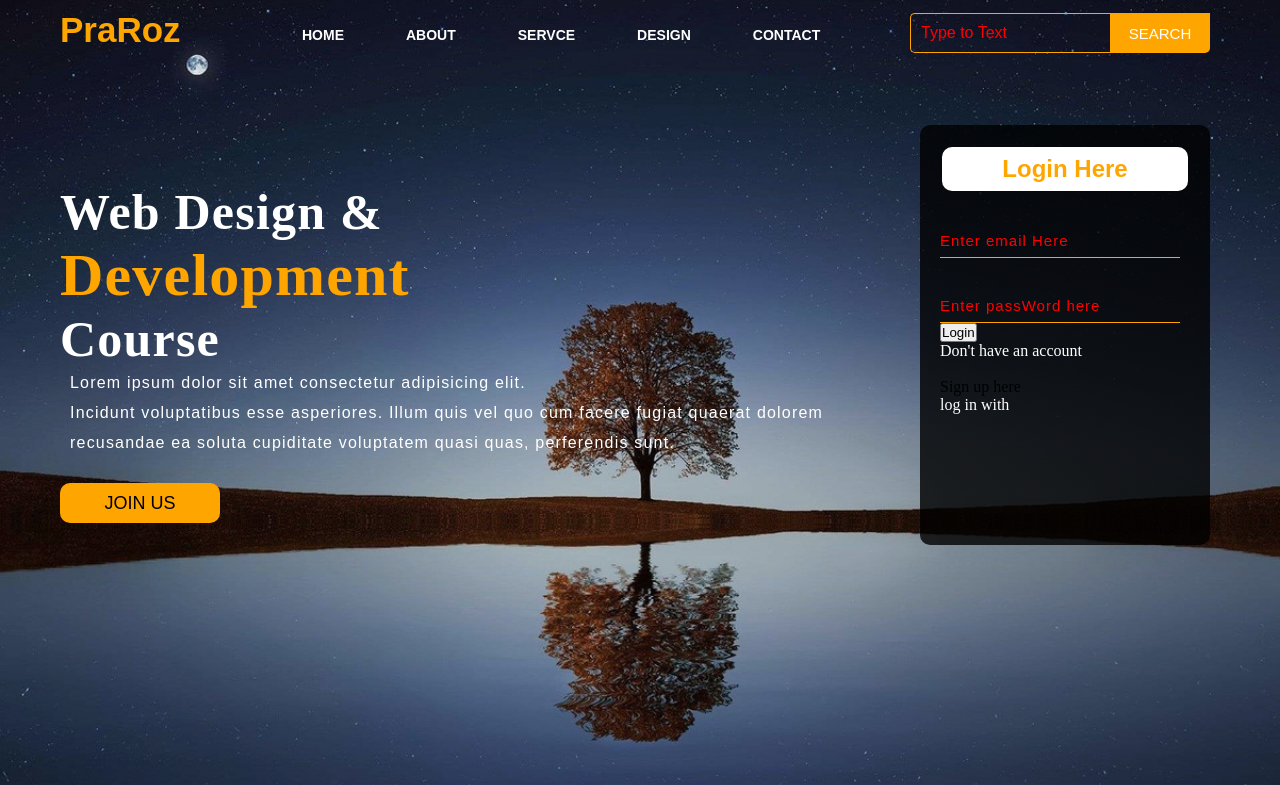
Repository: HuynhDuc23/project3
Page: index.html
These files come from the project's save history. The page is drawn as it stood at one moment and after the next save; the edit follows.
The browser window is 1280 px wide. The pictures show the whole page.

Above is the page before, as saved 2023-05-04 15:53:51.

After the next save:
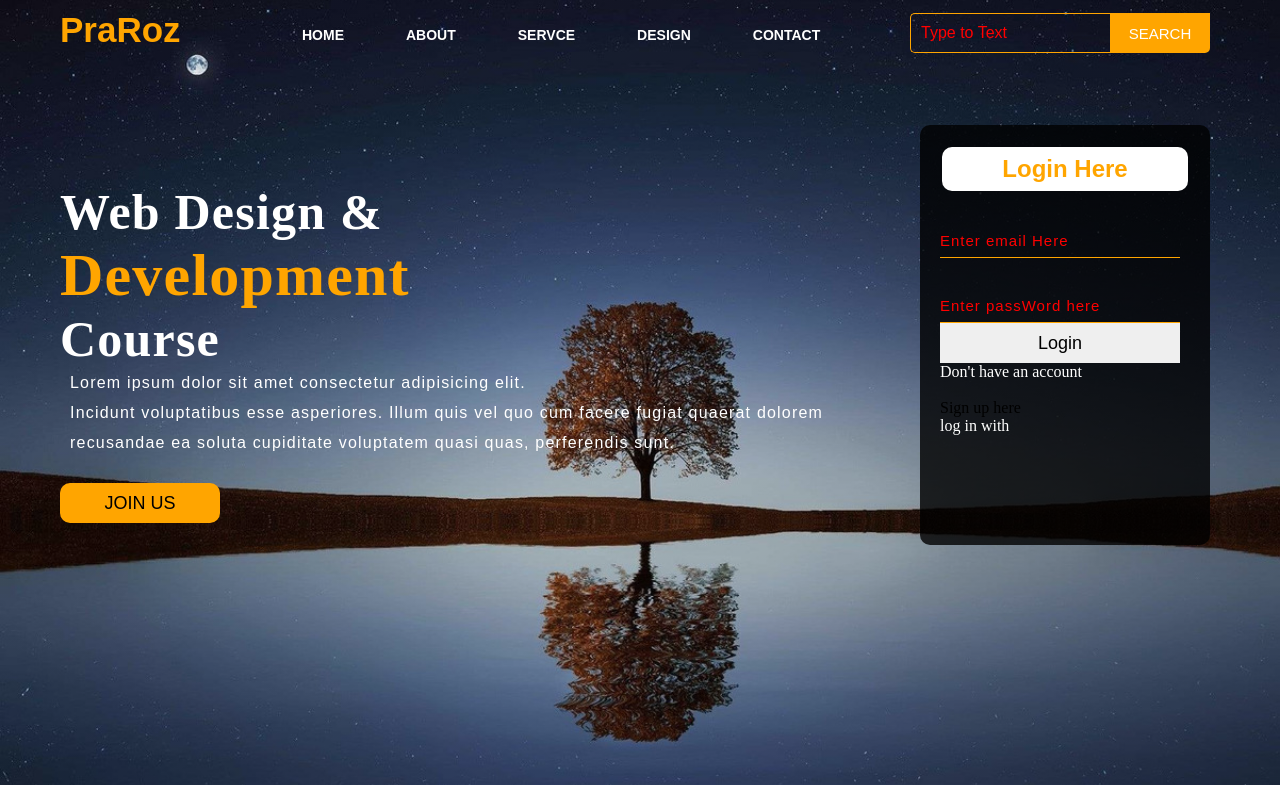
Saved 2 min 1 s later.
--- a/style.css
+++ b/style.css
@@ -193,3 +193,12 @@ ul li a:hover {
     color: red;
     font-family: Arial, Helvetica, sans-serif;
 }
+.form .btnn {
+    width: 240px;
+    height: 40px;
+    color: white;
+    font-size: 18px;
+    font-family: sans-serif;
+    text-decoration: none;
+    border: none;
+}
